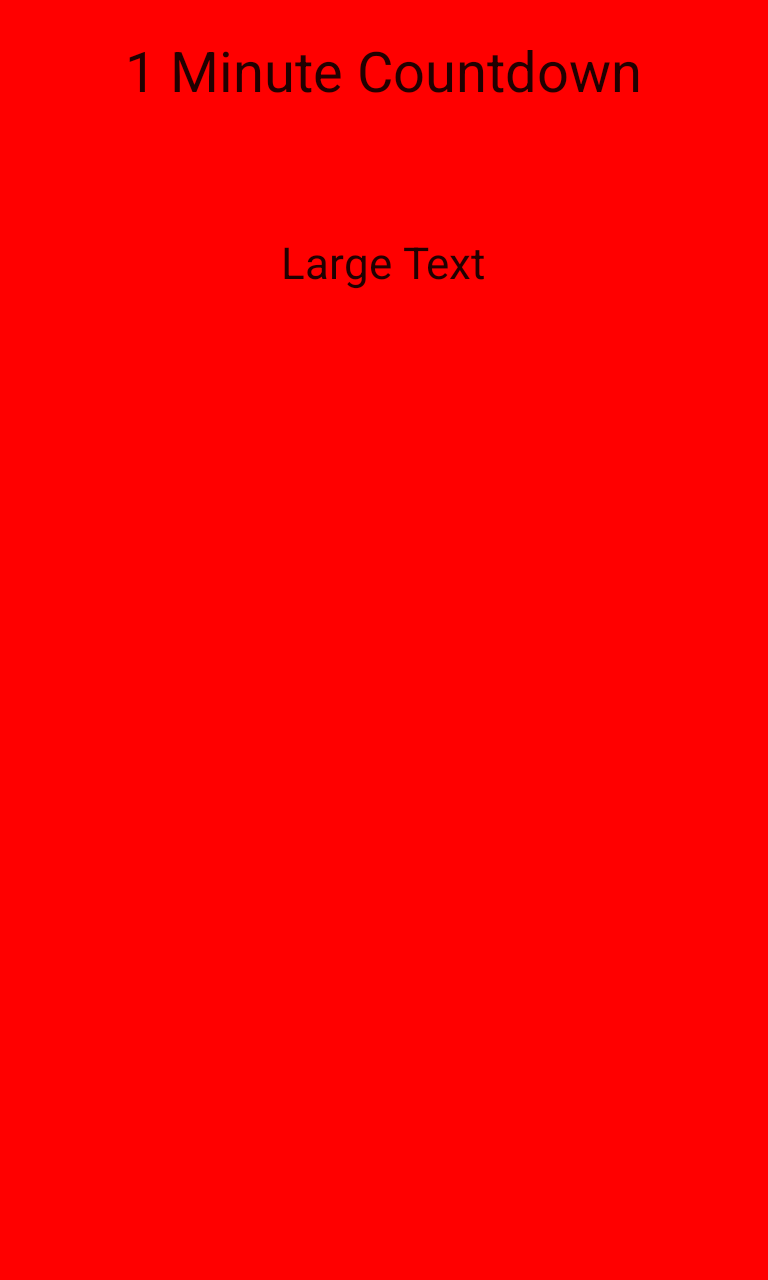
Repository: deltap1/iD-Tech-Repo
Layout: IDTechProject/res/layout/activity_second.xml
An editor plug-in stored every save of this project. The layout is shown before and after the next save, followed by the edit.
It is drawn on a 768 x 1280 px phone screen (xhdpi) without system bars, with theme AppTheme; the app's code is not run.

Above is the layout before, as saved 2014-07-08 19:44:45.

### IDTechProject/res/layout/activity_second.xml
<RelativeLayout xmlns:android="http://schemas.android.com/apk/res/android"
    xmlns:tools="http://schemas.android.com/tools"
    android:layout_width="match_parent"
    android:layout_height="match_parent"
    android:paddingBottom="@dimen/activity_vertical_margin"
    android:paddingLeft="@dimen/activity_horizontal_margin"
    android:paddingRight="@dimen/activity_horizontal_margin"
    android:paddingTop="@dimen/activity_vertical_margin"
    tools:context="com.masonl.idtechproject.SecondActivity"
    android:background="#FF0000" >

    <TextView
        android:id="@+id/textView2"
        android:layout_width="wrap_content"
        android:layout_height="wrap_content"
        android:layout_below="@+id/textView1"
        android:layout_centerHorizontal="true"
        android:layout_marginTop="75dp"
        android:text=""
        android:textSize="25sp" />

    <TextView
        android:id="@+id/textView3"
        android:layout_width="wrap_content"
        android:layout_height="wrap_content"
        android:layout_alignParentTop="true"
        android:layout_centerHorizontal="true"
        android:text="1 Minute Countdown"
        android:textAppearance="?android:attr/textAppearanceLarge"
        android:textSize="28sp" />

    <TextView
        android:id="@+id/textView1"
        android:layout_width="wrap_content"
        android:layout_height="wrap_content"
        android:layout_below="@+id/textView3"
        android:layout_centerHorizontal="true"
        android:layout_marginTop="62dp"
        android:text="Large Text"
        android:textAppearance="?android:attr/textAppearanceLarge" />

</RelativeLayout>

Loaded but not shown: IDTechProject/res/values/styles.xml (common file); IDTechProject/res/values-v11/styles.xml (common file); IDTechProject/res/values-v14/styles.xml (common file); IDTechProject/res/values/dimens.xml (common file); IDTechProject/res/values-w820dp/dimens.xml (common file)

After the next save:
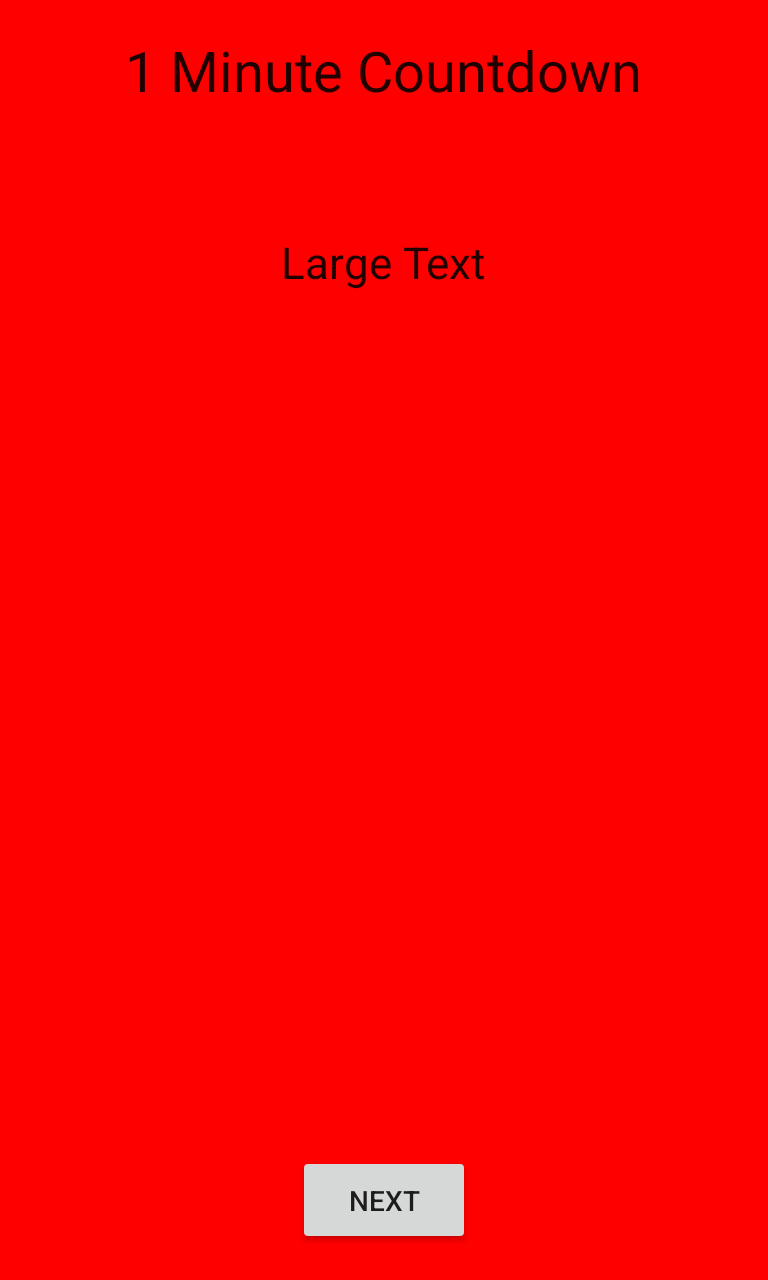
Saved 2 min 36 s later.
--- a/IDTechProject/res/layout/activity_second.xml
+++ b/IDTechProject/res/layout/activity_second.xml
@@ -39,4 +39,12 @@
         android:text="Large Text"
         android:textAppearance="?android:attr/textAppearanceLarge" />
 
+    <Button
+        android:id="@+id/button1"
+        android:layout_width="wrap_content"
+        android:layout_height="wrap_content"
+        android:layout_alignParentBottom="true"
+        android:layout_centerHorizontal="true"
+        android:text="Next" />
+
 </RelativeLayout>
